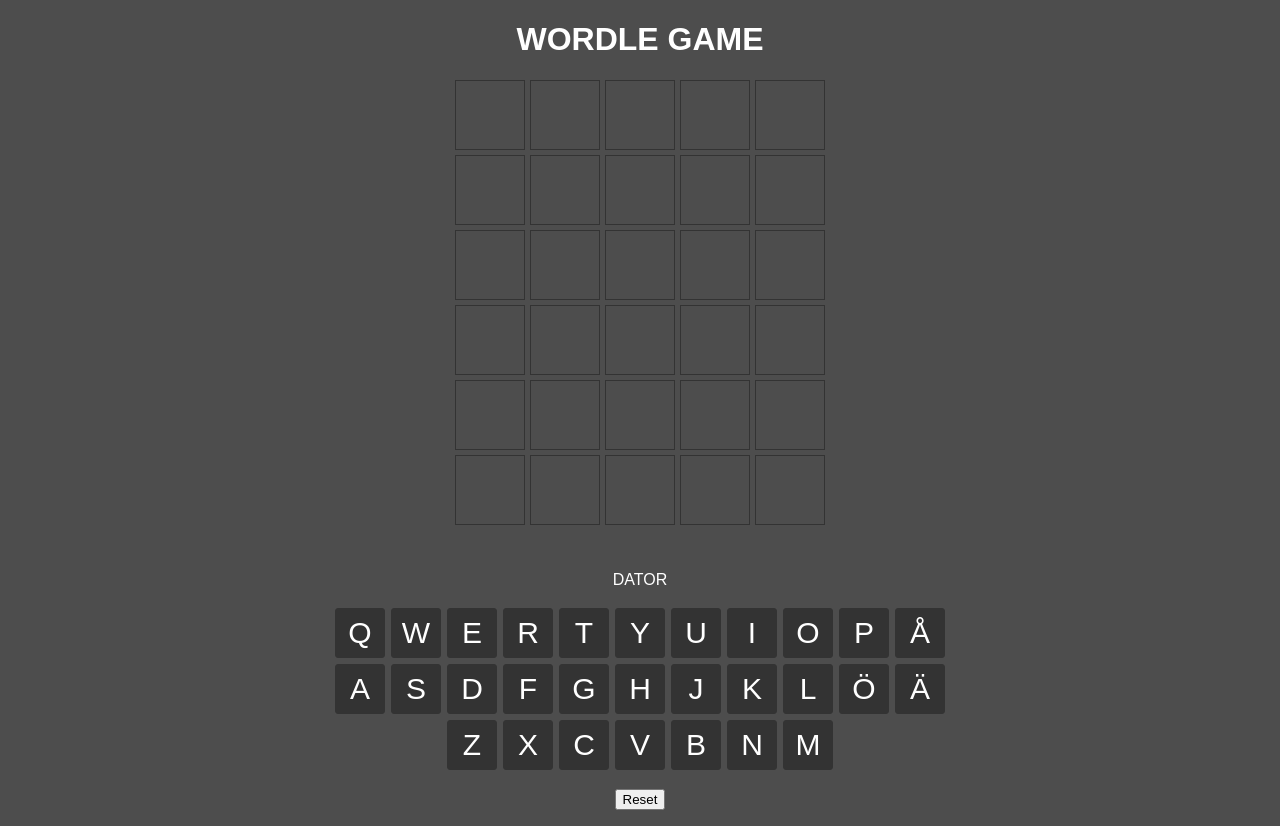
Repository: KarimIsaac/WorldeGame
Page: index.html
An editor plug-in stored every save of this project. The page is shown before and after a run of saves, followed by the edit.
The browser window is 1280 px wide. The pictures show the whole page.

Above is the page before, as saved 2022-03-13 07:17:30.

After the next 2 saves:
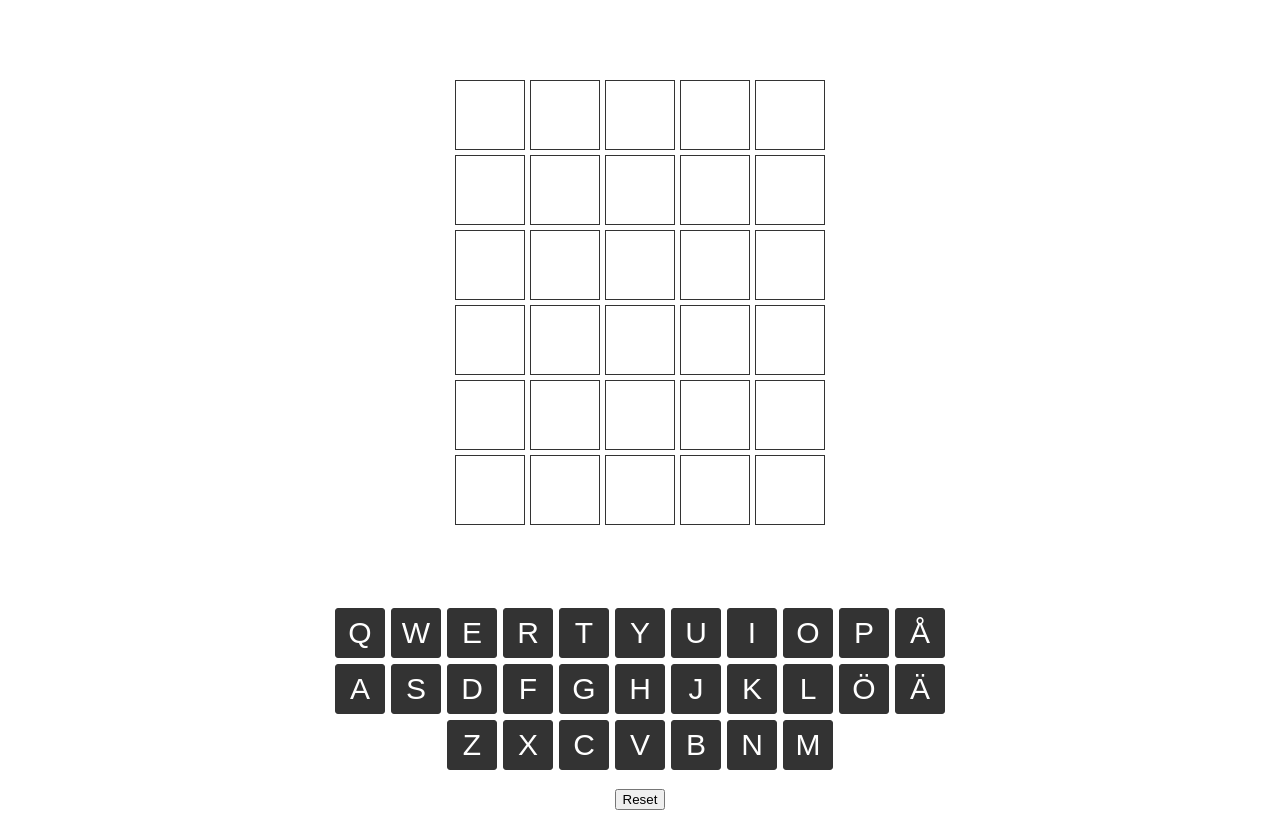
The 2 saves are shown as one change because they came seconds apart.
The last was saved 11 s later.
--- a/style.css
+++ b/style.css
@@ -1,8 +1,8 @@
 html,
 body {
   text-align: center;
-  background: rgb(77, 77, 77);
-  color: white;
+  background: rgb(255, 255, 255);
+  color: rgb(255, 255, 255);
   text-transform: uppercase;
   font-family: sans-serif;
 }

After the 6 saves that followed:
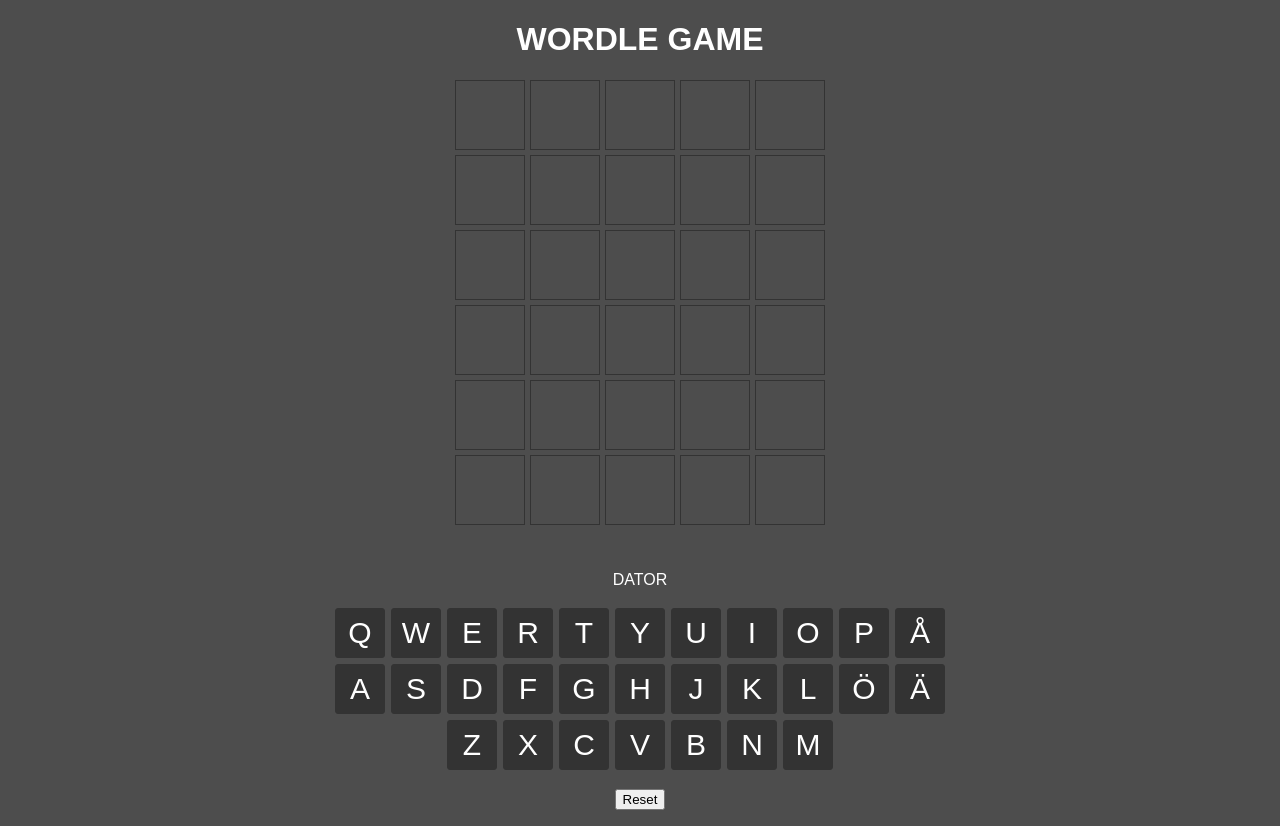
The 6 saves are shown as one change because 4 left the picture as it was and some came seconds apart.
The last was saved 71 s later.
--- a/style.css
+++ b/style.css
@@ -1,8 +1,8 @@
 html,
 body {
   text-align: center;
-  background: rgb(255, 255, 255);
-  color: rgb(255, 255, 255);
+  background: rgb(77, 77, 77);
+  color: white;
   text-transform: uppercase;
   font-family: sans-serif;
 }
@@ -27,7 +27,7 @@
   appearance: none;
   border: 1px solid #333;
   background: #333;
-  color: rgb(255, 255, 255);
+  color: white;
   font-size: 30px;
   display: inline-block;
   width: 50px;
--- a/script.js
+++ b/script.js
@@ -4,14 +4,14 @@ const keyboard = document.getElementById("keyboard");
 let answer = "";
 
 const words = [
-, "spela"
+,"spela"
 , "äpple"
 , "hoppa"
 , "dansa"
 , "dator"
 , "cykla"
 , "skola"
-, "träna"
+, "TRÄNA"
 ];
 
 let attempts = [];
